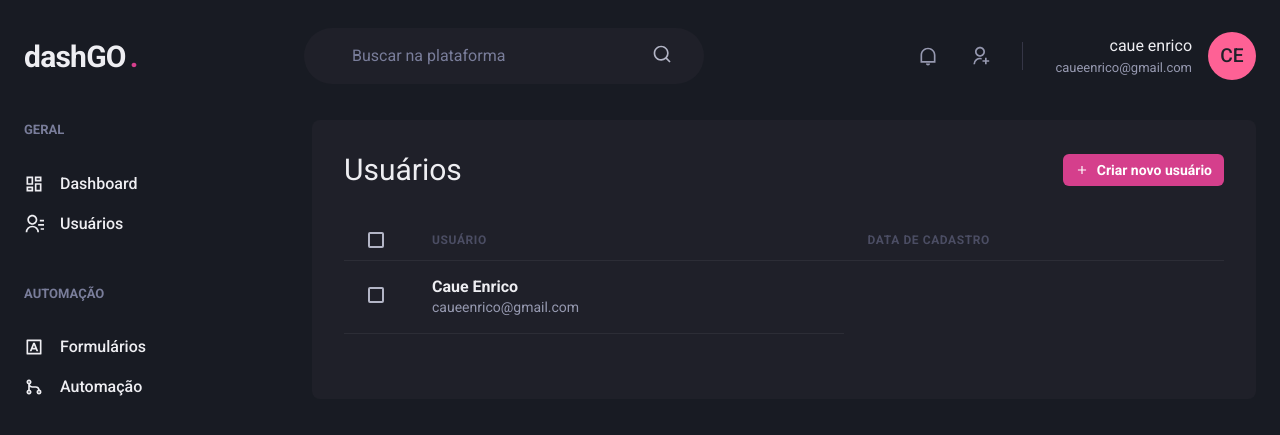
Repository: caueenrico/DashGO
Page: /user
The author's editor kept a copy of each file at every save. The page is drawn from the files as they stood at one save, then again after a run of saves.
The browser window is 1280 px wide. The pictures show the whole page.
The project was rebuilt for these pictures with package versions that can differ from the ones it lists, and the page was loaded fresh each time. The framework's server and built-in components were replaced by stand-ins that run in the browser. Also part of the build but not shown: next.config.js.

Above is the page before, as saved 2023-03-15 10:55:03.

### src/pages/_app.tsx
import { theme } from '@/styles/theme'
import { ChakraProvider } from '@chakra-ui/react'
import type { AppProps } from 'next/app'

export default function App({ Component, pageProps }: AppProps) {
  return (
    <ChakraProvider theme={theme}>
      <Component {...pageProps} />
    </ChakraProvider>

  )
}

### src/pages/_document.tsx
import { Html, Head, Main, NextScript } from 'next/document'

export default function Document() {
  return (
    <Html lang="en">
      <Head>
        <link rel="preconnect" href="https://fonts.googleapis.com"/>
        <link rel="preconnect" href="https://fonts.gstatic.com" />
        <link href="https://fonts.googleapis.com/css2?family=Roboto:wght@400;500;700&display=swap" rel="stylesheet"/>
      </Head>
      <body>
        <Main />
        <NextScript />
      </body>
    </Html>
  )
}

### src/pages/user/index.tsx
import { Header } from "@/components/Header";
import { SideBar } from "@/components/SideBar";
import { Box, Button, Checkbox, Flex, Heading, Icon, Table, Tbody, Td, Text, Th, Thead, Tr } from "@chakra-ui/react";
import { RiAddLine } from "react-icons/ri";

export default function UserList() {
  return (
    <Box>
      <Header/>

      <Flex w="100%" my="6" maxWidth={1480} mx="auto" px="6" >

        <SideBar />

        <Box flex="1" borderRadius={8} bg="gray.800" p="8">
          <Flex mb="8" justify="space-between" align="center">
            <Heading size="lg" fontWeight="normal">Usuários</Heading>

            <Button as="a" size="sm" fontSize="sm" colorScheme="pink" leftIcon={<Icon as={RiAddLine}/>} >
              Criar novo usuário
            </Button>
          </Flex>

          <Table colorScheme="whiteAlpha">

            <Thead>
              <Tr>
                <Th px="6" color="gray.300" w="8" >
                  <Checkbox colorScheme="pink"/>
                </Th>
                <Th>Usuário</Th>
                <Th>Data de cadastro</Th>
              </Tr>
            </Thead>

            <Tbody>
              <Tr>
                <Td>
                  <Checkbox colorScheme="pink"/>
                </Td>
                <Td>
                  <Box>
                    <Text fontWeight="bold">Caue Enrico</Text>
                    <Text fontSize="sm" color="gray.300">
                      caueenrico@gmail.com
                    </Text>
                  </Box>
                </Td>
              </Tr>
            </Tbody>

          </Table>

        </Box>

      </Flex>
    </Box>
  )
}

### src/components/Header.tsx
import { Flex, Input, Text, Icon, HStack, Box, Avatar } from "@chakra-ui/react";
import {
  RiSearchLine,
  RiNotificationLine,
  RiUserAddLine,
} from "react-icons/ri";

export function Header() {
  return (
    <Flex
      as="header"
      w="100%"
      maxWidth={1480}
      h="20"
      mx="auto"
      mt="4"
      px="6"
      align="center"
    >
      <Text
        fontSize="3xl"
        fontWeight="bold"
        letterSpacing="tight" //para deixar a letra mais apertada
        w="64"
      >
        dashGO
        <Text as="span" ml="1" color="pink.500">
          .
        </Text>
      </Text>

      <Flex
        as="label"
        flex="1"
        py="4"
        px="8"
        ml="6"
        maxWidth={400}
        alignSelf="center"
        color="gray.200"
        position="relative"
        bg="gray.800"
        borderRadius="full"
      >
        <Input
          color="gray.50"
          variant="unstyled"
          px="4"
          mr="4"
          placeholder="Buscar na plataforma"
          _placeholder={{ color: "gray.400" }}
        />

        <Icon as={RiSearchLine} fontSize="20" />
        {/* tive que fazer isso acima, por uma recomendação do chakra, entao no caso Icon vem do chakra e o RiSearchLine vem do react-icons */}
      </Flex>

      <Flex align="center" ml="auto">
        <HStack
          spacing="8"
          mx="8"
          pr="8"
          py="1"
          color="gray.300"
          borderRightWidth={1}
          borderColor="gray.700"
        >
          <Icon as={RiNotificationLine} fontSize="20" />
          <Icon as={RiUserAddLine} fontSize="20" />
        </HStack>
      </Flex>

      <Flex align="center">

        <Box mr="4" textAlign="right">
          <Text>caue enrico</Text>
          <Text color="gray.300" fontSize="small">
            caueenrico@gmail.com
          </Text>
        </Box>
        <Avatar size="md" name="Caue Enrico" />

      </Flex>
    </Flex>
  );
}

### src/components/SideBar.tsx
import { Box, Link, Stack, Text, Icon } from "@chakra-ui/react";
import { RiDashboardLine, RiContactsLine, RiInputMethodLine, RiGitMergeLine } from "react-icons/ri";

export function SideBar() {
  return (
    <Box as="aside" w="64" mr="8">
      <Stack spacing="12" align="flex-start" >
        <Box>
          <Text fontWeight="bold" color="gray.400" fontSize="small">GERAL</Text>
          <Stack spacing="4" mt="8" align="stretch" >
            <Link display="flex" alignItems="center" >
              <Icon as={RiDashboardLine} fontSize="20" />
              <Text ml="4" fontWeight="medium" >Dashboard</Text>
            </Link>
            <Link display="flex" alignItems="center" >
              <Icon as={RiContactsLine} fontSize="20" />
              <Text ml="4" fontWeight="medium" >Usuários</Text>
            </Link>
          </Stack>
        </Box>

        <Box>
          <Text fontWeight="bold" color="gray.400" fontSize="small">AUTOMAÇÃO</Text>
          <Stack spacing="4" mt="8" align="stretch" >
            <Link display="flex" alignItems="center" >
              <Icon as={RiInputMethodLine} fontSize="20" />
              <Text ml="4" fontWeight="medium">Formulários</Text>
            </Link>
            <Link display="flex" alignItems="center" >
              <Icon as={RiGitMergeLine} fontSize="20" />
              <Text ml="4" fontWeight="medium">Automação</Text>
            </Link>
          </Stack>
        </Box>
      </Stack>

    </Box>
  )
}

Loaded but not shown: src/styles/theme.ts (common file)

After the next 2 saves:
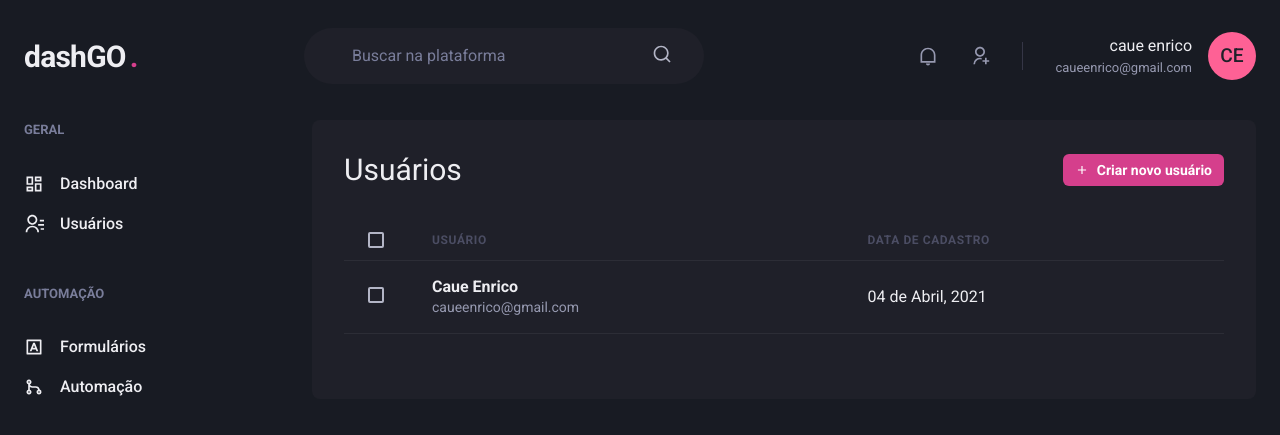
The 2 saves are shown as one change because they came seconds apart.
The last was saved 75 s later.
--- a/src/pages/user/index.tsx
+++ b/src/pages/user/index.tsx
@@ -46,6 +46,7 @@ export default function UserList() {
                     </Text>
                   </Box>
                 </Td>
+                <Td>04 de Abril, 2021</Td>
               </Tr>
             </Tbody>
 
